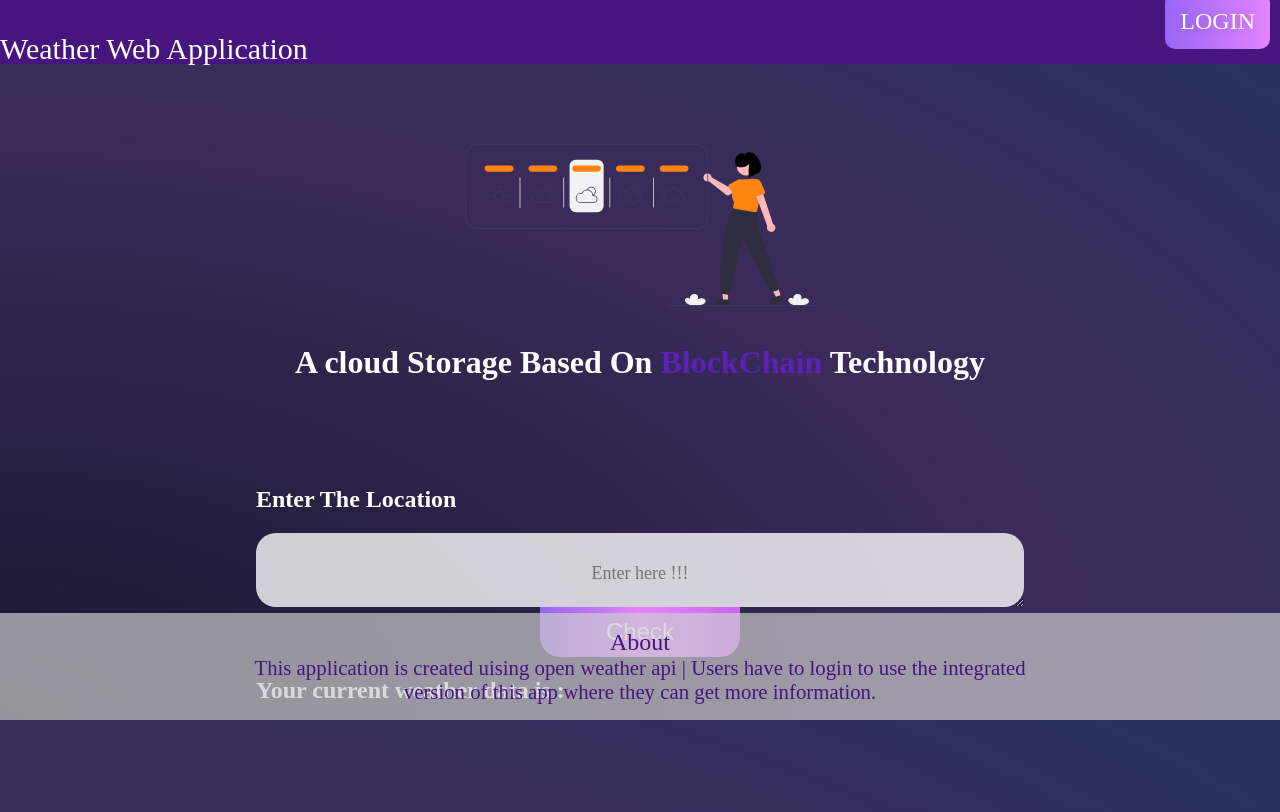
Repository: Irfan-vit/openapi
Page: index.html
These files come from the project's save history. The page is drawn as it stood at one moment and after the next save; the edit follows.
The browser window is 1280 px wide. The pictures show the whole page.
Backgrounds fixed to the window are drawn as part of the page.

Above is the page before, as saved 2021-05-29 02:57:59.

### index.html
<!DOCTYPE html>
<html lang="en">

<head>
    <meta charset="UTF-8">
    <meta http-equiv="X-UA-Compatible" content="IE=edge">
    <meta name="viewport" content="width=device-width, initial-scale=1.0">
    <title>Api</title>
    <link rel="stylesheet" href="style.css">
</head>

<body>


    <div class="nav">
        <input type="checkbox" id="nav-check" />
        <div class="nav-header">
            <div class="nav-title">
                Weather Web Application
            </div>
        </div>
        <div class="nav-btn">
            <label for="nav-check">
                <span></span>
                <span></span>
                <span></span>
            </label>
        </div>

        <div class="nav-links">
            <div class="container">
                <a href="https://weather-projection.netlify.app/" class="btn btn-1"
                    style="text-decoration:none">Login</a>
            </div>
        </div>
    </div>


    <header class="hero">
        <img class="hero-img" src="we.svg" alt="">
        <h1 class="hero-heading">A <span class="heading-inverted"></span> cloud Storage Based On <span
                class="heading-inverted">BlockChain</span> Technology</h1>
    </header>

    <main>

        <h2>Enter The Location</h2>

        <textarea name="" id="txt-input" class="t-area" placeholder="Enter here !!!"></textarea>

        <button id="btn-translate">
            Check
        </button>

        <div>
            <h2>Your current weather data is :</h2>
        </div>

        <div id="output" class="t-area">

        </div>

    </main>

    <footer>
        <div style="font-size: x-large;">About</div>
        <p>This application is created uising open weather api | Users have to login to use the integrated version of
            this app where they can get more information.</p>
    </footer>



    <script src="app.js" type="text/javascript"></script>
</body>

</html>

### style.css
/* @import url('https://fonts.googleapis.com/css2?family=Kalam&display=swap'); */

* {
    box-sizing: border-box;
}

:root {
    --primary: #46157E;
    --black: #333333;
    --width-break:800px
}

body {
    margin: 0;
    /* font-family: 'Kalam', cursive; */
    color: #333333;
      background: radial-gradient(
    ellipse at left bottom,
    rgba(22, 24, 47, 1) 0%,
    rgba(38, 20, 72, 0.9) 59%,
    rgba(17, 27, 75, 0.9) 100%
  );
    height: 100%;
    margin: 0;
    background-repeat: no-repeat;
    background-attachment: fixed;
    color: white;

}

nav {
    background-color: var(--primary);
    text-align: center;
}

main {
    margin: auto;
    padding: 1rem;
    max-width: var(--width-break);
}

textarea {
    display: block;
    width: 100%;
    min-height: 5vh;
    font-size: large;
    font-family: inherit;
    background-color: #ffffffc9;
    border:none;
    border-radius:20px;
    text-align: center;
    padding-top: 30px;;
}

textarea:hover {
    display: block;
    width: 100%;
    min-height: 5vh;
    font-size: large;
    font-family: inherit;
    background-color: #ffffff;
    border-radius:20px;
    border: none;
    text-align: center;
}

button {
    /* background-color: var(--primary); */
    background-image: linear-gradient(to right, #9865f6 0%, #e585fd 51%, #cd65f6 100%);
    border: none;
    margin: 8rem 0rem;
    color:white;
    font-size: large;
    cursor: pointer;
    height: 50px;
    width: 200px;
    border-bottom-left-radius:20px;
    border-bottom-right-radius:20px;
    margin:auto;
    display:block;
    font-size:1.5rem;

}


#output {
    box-sizing: border-box;
    width: 100%;
    min-height: 10vh;
    max-height: 20vh;
    /* border: 1px solid var(--black); */
}

footer {
    position: fixed;
    bottom: 0;
    width: 100%;
    padding: 1rem;
    background-color: #ccccccb2;
    text-align: center;
    color: #46157E;
    font-size:1.3rem;
}

footer p {
    max-width: var(--width-break);
    margin: auto;
}

.nav {
  height: 50px;
  width: 100%;
  background-color: #46157E;
  position: relative;
  padding:2rem 0rem;
}

.nav > .nav-header {
  display: inline;
}

.nav > .nav-header > .nav-title {
  display: inline-block;
  font-size: 30px;
  color: #fff;
}

.nav > .nav-btn {
  display: inline-block;
}

.nav > .nav-links {
  display: inline;
  float: right;
  font-size: 18px;
  margin:-1.5rem 0rem ;
}

.nav > .nav-links > a {
  display: inline-block;
  padding: 13px 10px 13px 10px;
  text-decoration: none;
  color: #efefef;
}

.nav > .nav-links > a:hover {
  background-color: rgba(0, 0, 0, 0.3);
}

.nav > #nav-check {
  display: none;
}

@media (max-width:600px) {
  .nav > .nav-btn {
    display: inline-block;
    position: absolute;
    right: 0px;
    top: 0px;
  }
  .nav > .nav-btn > label {
    display: inline-block;
    width: 50px;
    height: 50px;
    padding: 13px;
  }
  .nav > .nav-btn > label:hover,.nav  #nav-check:checked ~ .nav-btn > label {
    background-color: rgba(0, 0, 0, 0.3);
  }
  .nav > .nav-btn > label > span {
    display: block;
    width: 25px;
    height: 10px;
    border-top: 2px solid #eee;

  }
  .nav > .nav-links {
    position: absolute;
    display: block;
    width: 100%;
    background-color: #333;
    height: 0px;
    transition: all 0.3s ease-in;
    overflow-y: hidden;
    top: 50px;
    left: 0px;
    margin-top:0.4rem;
  }
  .nav > .nav-links > a {
    display: block;
    width: 100%;
  }
  .nav > #nav-check:not(:checked) ~ .nav-links {
    height: 0px;
  }
  .nav > #nav-check:checked ~ .nav-links {
    height: calc(100vh - 50px);
    overflow-y: auto;
  }
}

.btn {
  flex: 1 1 auto;
  margin: 10px;
  padding: 15px;
  text-align: center;
  text-transform: uppercase;
  transition: 0.5s;
  background-size: 200% auto;
  color: white;
 text-shadow: 0px 0px 10px rgba(0,0,0,0.2);
  /* box-shadow: 0 0 20px #eee; */
  border-radius: 10px;
  cursor: pointer;
  font-size: 1.5rem;
 }



.btn:hover {
  background-position: right center; /* change the direction of the change here */
}

.btn-1 {
  background-image: linear-gradient(to right, #9865f6 0%, #e585fd 51%, #cd65f6 100%);
}


/* header */

.hero {
    padding: 2rem;
    padding-top: 5rem;

}

.hero-less-padding {
    padding: 2rem;
    padding-top: 2rem;
    background-color: var(--primary-color);
    text-align: center;
}

.hero-less-paddings {
    padding: 2rem;
    padding-top: 2rem;
    text-align: center;
}




.hero .hero-img {
    max-width: 80%;
    width: 350px;
    display: block;
    margin: auto;
}

.hero-less-padding .hero-big-img {
    max-width: 80%;
    width: 750px;
    display: block;
    margin: auto;


}

.hero-less-paddings .hero-big-imgs {
    max-width: 80%;
    width: 60%;
    height: 300px;
    display: inline;
    margin: 1% 1%;

}


.hero .hero-heading {
    text-align: center;
    padding: 1rem;
    color: var(--dark-gray);
}

.hero .hero-heading .heading-inverted {
    color: #5B21B6;
}

### app.js
var btnTranslate = document.querySelector("#btn-translate");
var txtInput = document.querySelector("#txt-input");
var outputDiv = document.querySelector('#output')
var serverURL = "https://api.openweathermap.org/data/2.5/weather?q="
var key = "&appid=49257f6591cfc3ed8daf0b5970d519cb"

function getTranslationURL(text) {
    return serverURL + text + key
}

function errorHandler(error) {
    console.log("error occured", error)
    alert("something went wrong  :  " + error)
}

function clickHandler() {
    // outputDiv.innerText = "translated  " + txtInput.value + "  To : bababbababababababa ";

    var inputText = txtInput.value;

    fetch(getTranslationURL(inputText))
        .then(response => response.json())
        .then(json => {
            var translatedText = "Country : " + json['sys']['country'] + " | tempreature : " + json['main']['temp'] + " | weather : " +  json['weather'][0]['description'] + " | longitude : " + json['coord']['lon'] + " | latitude : " + json['coord']['lat'] + " | wind speed : " + json['wind']['speed'] + " | Wind direction, degrees : " + json['wind']['deg'];
            outputDiv.innerText = translatedText;
            })
    };


btnTranslate.addEventListener("click", clickHandler)

After the next save:
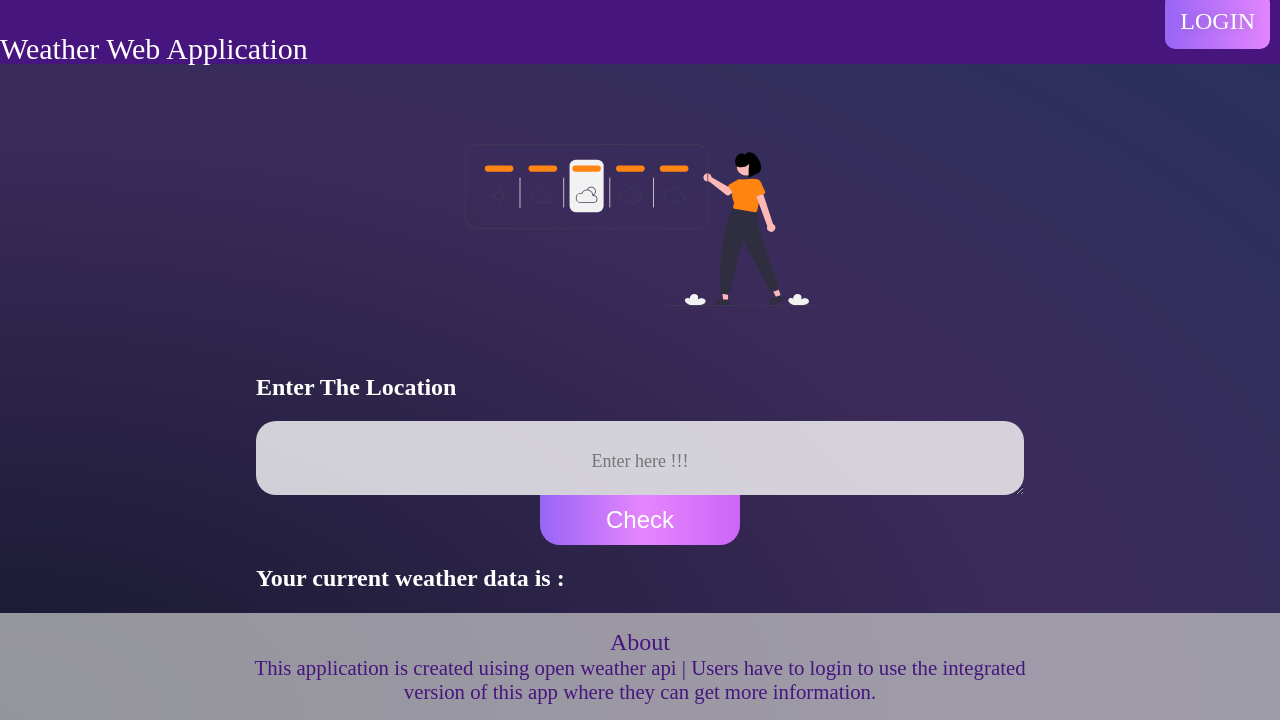
Saved 7 s later.
--- a/index.html
+++ b/index.html
@@ -38,8 +38,8 @@
 
     <header class="hero">
         <img class="hero-img" src="we.svg" alt="">
-        <h1 class="hero-heading">A <span class="heading-inverted"></span> cloud Storage Based On <span
-                class="heading-inverted">BlockChain</span> Technology</h1>
+        <!-- <h1 class="hero-heading">A <span class="heading-inverted"></span> cloud Storage Based On <span
+                class="heading-inverted">BlockChain</span> Technology</h1> -->
     </header>
 
     <main>

After the save that followed:
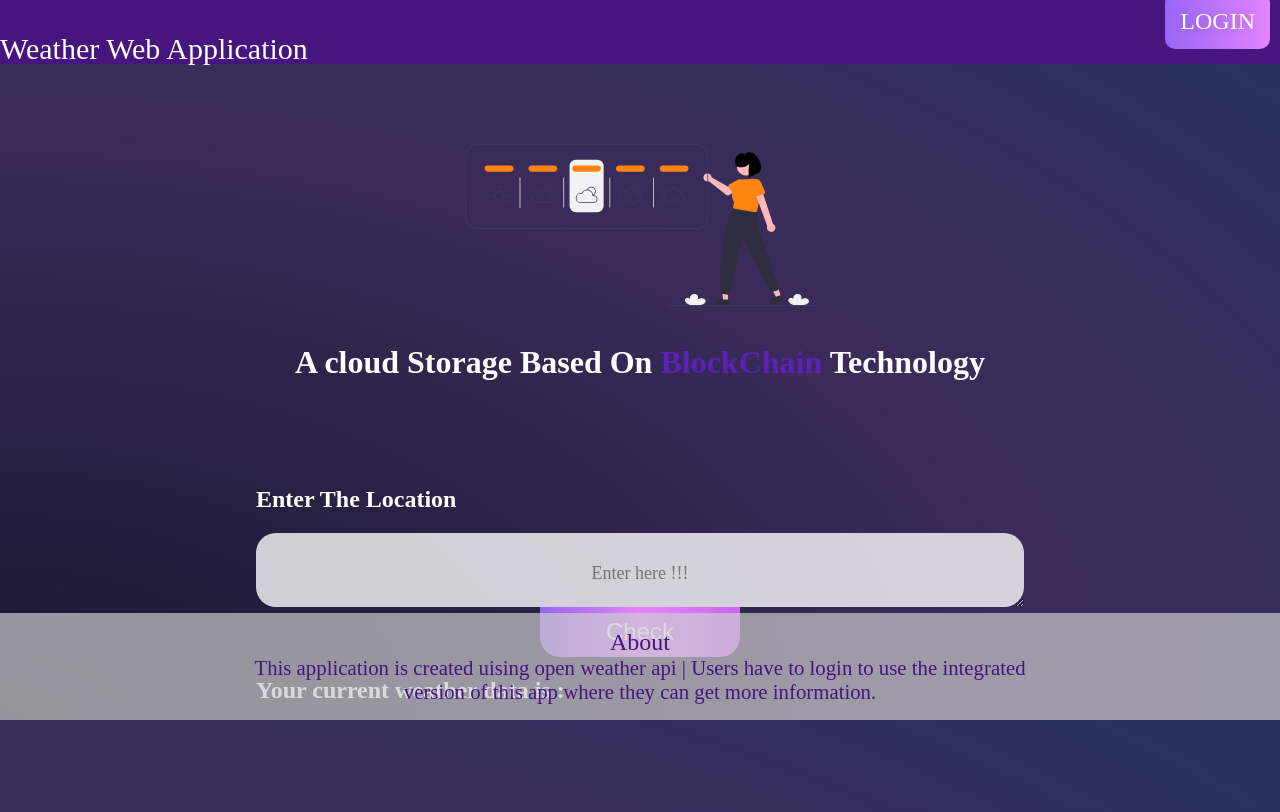
Saved 50 s later.
--- a/index.html
+++ b/index.html
@@ -38,8 +38,8 @@
 
     <header class="hero">
         <img class="hero-img" src="we.svg" alt="">
-        <!-- <h1 class="hero-heading">A <span class="heading-inverted"></span> cloud Storage Based On <span
-                class="heading-inverted">BlockChain</span> Technology</h1> -->
+        <h1 class="hero-heading">A <span class="heading-inverted"></span> cloud Storage Based On <span
+                class="heading-inverted">BlockChain</span> Technology</h1>
     </header>
 
     <main>
